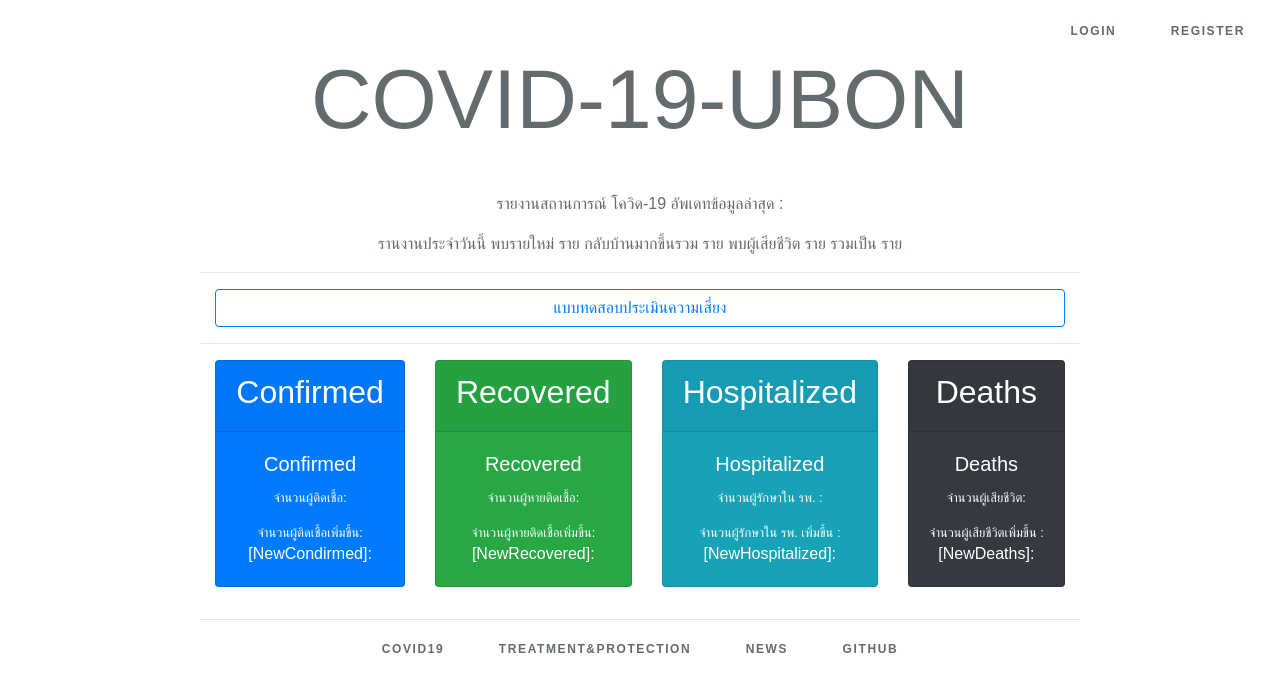
Repository: tlexDett/Covid19Ubon
Page: resources/views/welcome.blade.php
An editor plug-in stored every save of this project. The page is shown before and after the next save, followed by the edit.
The browser window is 1280 px wide. The pictures show the whole page.
Some web fonts or font styles are not loaded; a fallback is used. The page is served by the project's Laravel application, run on PHP 8.4 with Laravel 8. Other server files are loaded and not shown. The template is opened directly, without the code that normally fills it, so the values that code supplies are empty.

Above is the page before, as saved 2020-05-06 16:45:03.

### Covid19Ubon/routes/web.php
<?php

/*
|--------------------------------------------------------------------------
| Web Routes
|--------------------------------------------------------------------------
|
| Here is where you can register web routes for your application. These
| routes are loaded by the RouteServiceProvider within a group which
| contains the "web" middleware group. Now create something great!
|
*/

Route::get('/','ApiController@get_api');


Auth::routes();

// Route::get('/home', 'HomeController@index')->name('home');

Route::get('/home','ApiController@get_api');

// Route::get('/home', 'Admin.PostsController');

Route::resource('admin/posts', 'Admin\\PostsController');

### Covid19Ubon/app/Http/Controllers/Auth/LoginController.php
<?php

namespace App\Http\Controllers\Auth;

use App\Http\Controllers\Controller;
use Illuminate\Foundation\Auth\AuthenticatesUsers;

class LoginController extends Controller
{
    /*
    |--------------------------------------------------------------------------
    | Login Controller
    |--------------------------------------------------------------------------
    |
    | This controller handles authenticating users for the application and
    | redirecting them to your home screen. The controller uses a trait
    | to conveniently provide its functionality to your applications.
    |
    */

    use AuthenticatesUsers;

    /**
     * Where to redirect users after login.
     *
     * @var string
     */
    protected $redirectTo = '/admin/posts';

    /**
     * Create a new controller instance.
     *
     * @return void
     */
    public function __construct()
    {
        $this->middleware('guest')->except('logout');
    }
}

### Covid19Ubon/resources/views/welcome.blade.php
<!doctype html>
<html lang="{{ app()->getLocale() }}">
    <head>
        <meta charset="utf-8">
        <meta http-equiv="X-UA-Compatible" content="IE=edge">
        <meta name="viewport" content="width=device-width, initial-scale=1">

        <title>Covid19-Ubon</title>

        <!-- Fonts -->
        <link href="https://fonts.googleapis.com/css?family=Raleway:100,600" rel="stylesheet" type="text/css">
        <link rel="stylesheet" href="https://stackpath.bootstrapcdn.com/bootstrap/4.4.1/css/bootstrap.min.css" integrity="sha384-Vkoo8x4CGsO3+Hhxv8T/Q5PaXtkKtu6ug5TOeNV6gBiFeWPGFN9MuhOf23Q9Ifjh" crossorigin="anonymous">
        <script src="https://code.jquery.com/jquery-3.4.1.slim.min.js" integrity="sha384-J6qa4849blE2+poT4WnyKhv5vZF5SrPo0iEjwBvKU7imGFAV0wwj1yYfoRSJoZ+n" crossorigin="anonymous"></script>
        <script src="https://cdn.jsdelivr.net/npm/popper.js@1.16.0/dist/umd/popper.min.js" integrity="sha384-Q6E9RHvbIyZFJoft+2mJbHaEWldlvI9IOYy5n3zV9zzTtmI3UksdQRVvoxMfooAo" crossorigin="anonymous"></script>
        <script src="https://stackpath.bootstrapcdn.com/bootstrap/4.4.1/js/bootstrap.min.js" integrity="sha384-wfSDF2E50Y2D1uUdj0O3uMBJnjuUD4Ih7YwaYd1iqfktj0Uod8GCExl3Og8ifwB6" crossorigin="anonymous"></script>
        <!-- Styles -->
        <style>
            html, body {
                background-color: #fff;
                color: #636b6f;
                font-family: 'Raleway', sans-serif;
                font-weight: 100;
                height: 100vh;
                margin: 0;
            }

            .full-height {
                height: 100vh;
            }

            .flex-center {
                align-items: center;
                display: flex;
                justify-content: center;
            }

            .position-ref {
                position: relative;
            }

            .top-right {
                position: absolute;
                right: 10px;
                top: 18px;
            }

            .content {
                text-align: center;
            }

            .title {
                font-size: 84px;
            }

            .links > a {
                color: #636b6f;
                padding: 0 25px;
                font-size: 12px;
                font-weight: 600;
                letter-spacing: .1rem;
                text-decoration: none;
                text-transform: uppercase;
            }

            .m-b-md {
                margin-bottom: 30px;
            }
        </style>
    </head>
    <body>
        <div class="flex-center position-ref full-height">
            @if (Route::has('login'))
                <div class="top-right links">
                    @auth
                        <a href="{{ url('/admin/posts') }}">Home</a>
                    @else
                        <a href="{{ route('login') }}">Login</a>
                        <a href="{{ route('register') }}">Register</a>
                    @endauth
                </div>
            @endif

            <div class="content">
                <div class="title m-b-md v">

                    COVID-19-UBON
                </div>
                <p>รายงานสถานการณ์ โควิด-19
                    อัพเดทข้อมูลล่าสุด :  {{$json->UpdateDate}}</p>
                <p>รานงานประจำวันนี้ พบรายใหม่ {{$json->NewConfirmed}} ราย กลับบ้านมากขึ้นรวม {{$json->NewHospitalized}} ราย พบผู้เสียชีวิต {{$json->NewDeaths}} ราย รวมเป็น {{$json->Deaths}} ราย </p>
                <hr>
                <!-- -----------Evaluate------------- -->
                <div class="container">
                    <button type="button" class="btn btn-outline-primary btn-md btn-block">แบบทดสอบประเมินความเสี่ยง</button>
                </div>
                <!-- -----------Evaluate------------- -->
                <hr>
                <!-- -----------card------------- -->
                <!-- --- -->
                <div class="container">
                <div class="row">
                    <!-- Confirmed -->
                    <div class="col-sm">
                        <div class="card text-white bg-primary  mb-3" style="max-width: 18rem;">
                        <div class="card-header"><h2>Confirmed</h2></div>
                        <div class="card-body">
                            <h5 class="card-title">Confirmed</h5>
                            <small id="" class="form-text text-muted" style="color: #ffffff !important;">จำนวนผู้ติดเชื้อ:</small>
                            <p class="card-text">{{$json->Confirmed}}</p>
                            <small id="" class="form-text text-muted" style="color: #ffffff !important;">จำนวนผู้ติดเชื้อเพิ่มขึ้น:</small>
                            <p class="card-text">[NewCondirmed]: {{$json->NewConfirmed}}</p>
                        </div>
                        </div>
                    </div>
                    <!-- Recovered -->
                    <div class="col-sm">
                        <div class="card text-white bg-success mb-3" style="max-width: 18rem;">
                            <div class="card-header"><h2>Recovered</h2></div>
                            <div class="card-body">
                                <h5 class="card-title">Recovered</h5>
                                <small id="" class="form-text text-muted" style="color: #ffffff !important;">จำนวนผู้หายติดเชื้อ:</small>
                                <p class="card-text">{{$json->Recovered}}</p>
                                <small id="" class="form-text text-muted" style="color: #ffffff !important;">จำนวนผู้หายติดเชื้อเพิ่มขึ้น:</small>
                                <p class="card-text">[NewRecovered]: {{$json->NewRecovered}}</p>
                            </div>
                            </div>
                    </div>

                    <!-- Hospitalized -->
                    <div class="col-sm">
                    <div class="card text-white bg-info mb-3" style="max-width: 18rem;">
                            <div class="card-header"><h2>Hospitalized</h2></div>
                            <div class="card-body">
                                <h5 class="card-title">Hospitalized</h5>
                                <small id="" class="form-text text-muted" style="color: #ffffff !important;">จำนวนผู้รักษาใน รพ. :</small>
                                <p class="card-text">{{$json->Hospitalized}}</p>
                                <small id="" class="form-text text-muted" style="color: #ffffff !important;">จำนวนผู้รักษาใน รพ. เพิ่มขึ้น :</small>
                                <p class="card-text">[NewHospitalized]: {{$json->NewHospitalized}}</p>
                            </div>
                            </div>
                    </div>

                    <!-- Deaths -->
                    <div class="col-sm">
                    <div class="card text-white bg-dark mb-3" style="max-width: 18rem;">
                            <div class="card-header"><h2>Deaths</h2></div>
                            <div class="card-body">
                                <h5 class="card-title">Deaths</h5>
                                <small id="" class="form-text text-muted" style="color: #ffffff !important;">จำนวนผู้เสียชีวิต:</small>
                                <p class="card-text">{{$json->Deaths}}</p>
                                <small id="" class="form-text text-muted" style="color: #ffffff !important;">จำนวนผู้เสียชีวิตเพิ่มขึ้น :</small>
                                <p class="card-text">[NewDeaths]: {{$json->NewDeaths}}</p>
                            </div>
                            </div>
                    </div>


                </div>
                </div>
                <!-- -------------card----------- -->
                <hr>
                <!-- -------------Link----------- -->
                <div class="links">

                    <!-- <a href="" type="" >Success</a> -->
                    <a href="">Covid19</a>
                    <a href="">Treatment&Protection</a>
                    <a href="">News</a>
                    <a href="">GitHub</a>
                </div>
                <br>


        </div>
    </body>
</html>

Loaded but not shown: Covid19Ubon/app/Http/Controllers/Controller.php (common file)

After the next save:
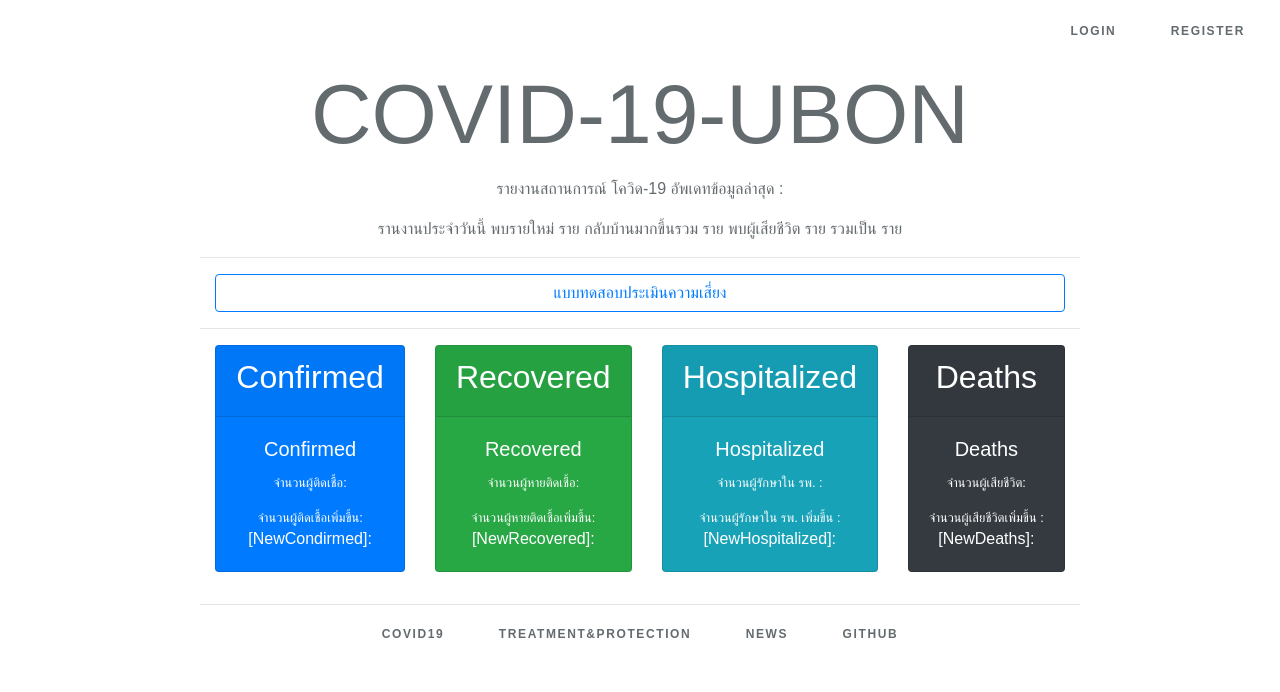
Saved 13 s later.
--- a/Covid19Ubon/resources/views/welcome.blade.php
+++ b/Covid19Ubon/resources/views/welcome.blade.php
@@ -81,7 +81,7 @@
             @endif
 
             <div class="content">
-                <div class="title m-b-md v">
+                <div class="title m-b-sm v">
 
                     COVID-19-UBON
                 </div>
